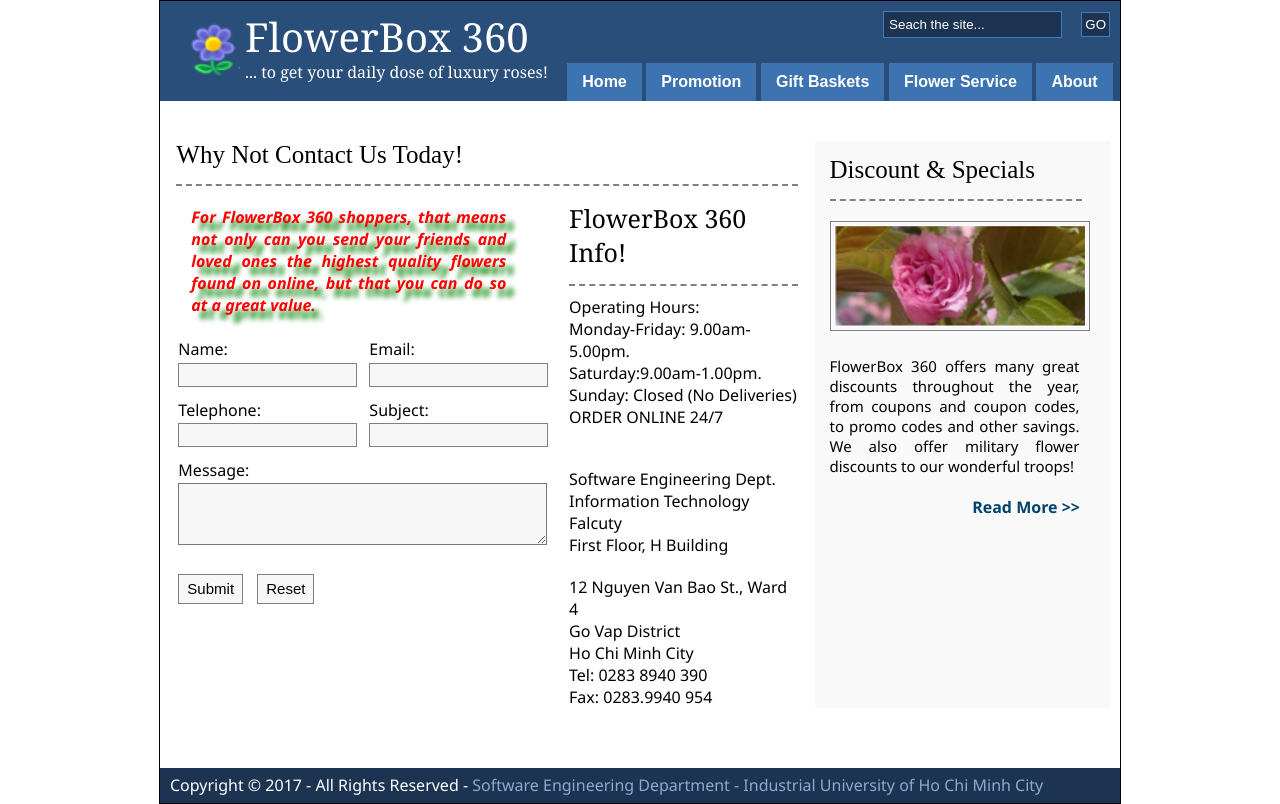
Repository: thu1365/BTKT_WEB
Page: HTML/btkt.html
An editor plug-in stored every save of this project. The page is shown before and after the next save, followed by the edit.
The browser window is 1280 px wide. The pictures show the whole page.

Above is the page before, as saved 2023-03-11 21:19:35.

After the next save:
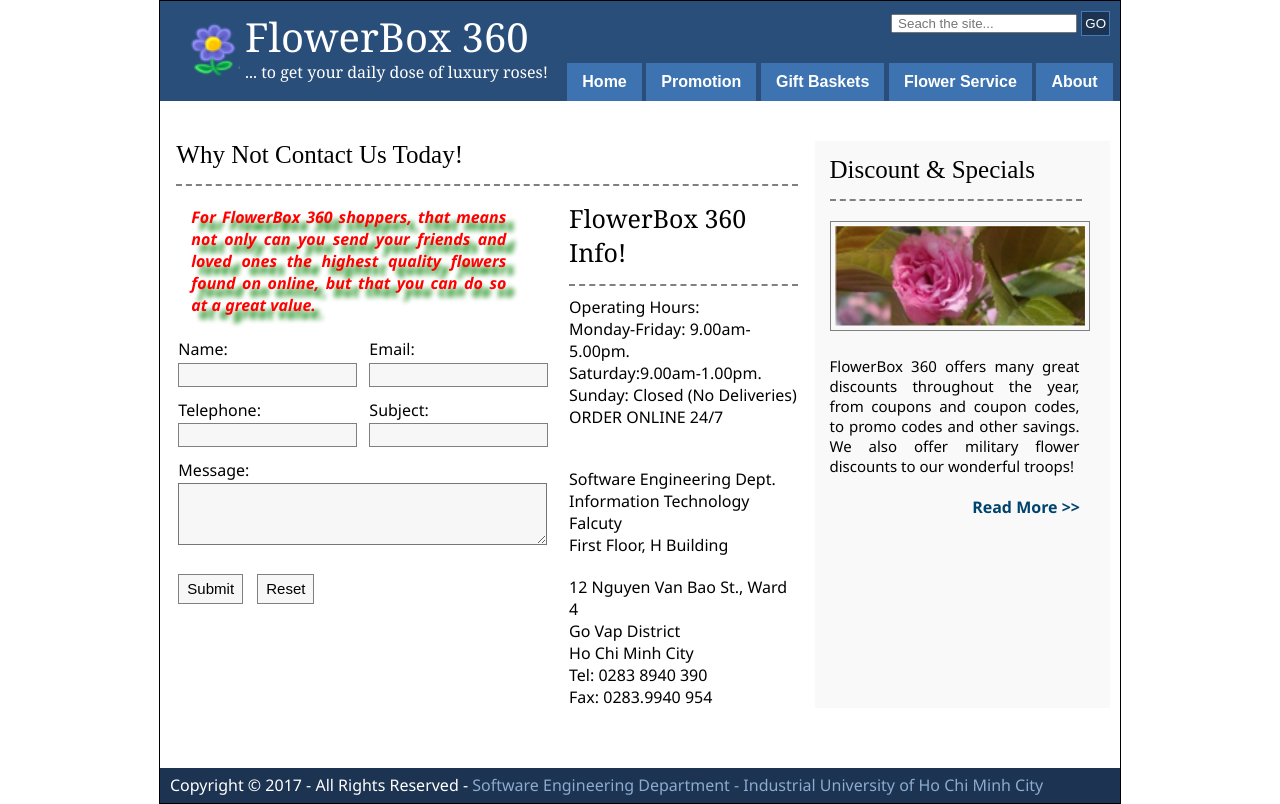
Saved 2 min 2 s later.
--- a/HTML/btkt.html
+++ b/HTML/btkt.html
@@ -57,11 +57,6 @@
             height: 25px;
         }
 
-        #search1::placeholder {
-            padding-left: 5px;
-            color: #fff;
-        }
-
         #search2 {
             background-color: #1c3451;
             border: 1px solid #4579b7;
@@ -282,7 +277,8 @@
             <p class="name1">FlowerBox 360</p>
             <p class="name2">... to get your daily dose of luxury roses!</p>
             <form action="" class="search_form">
-                <input type="text" name="" id="search1" placeholder="Seach the site...">
+                <input type="text" name="" style="padding-left: 5px;
+                color: #fff;" placeholder="Seach the site...">
                 <input id="search2" type="button" value="GO">
             </form>
             <div class="nav">
